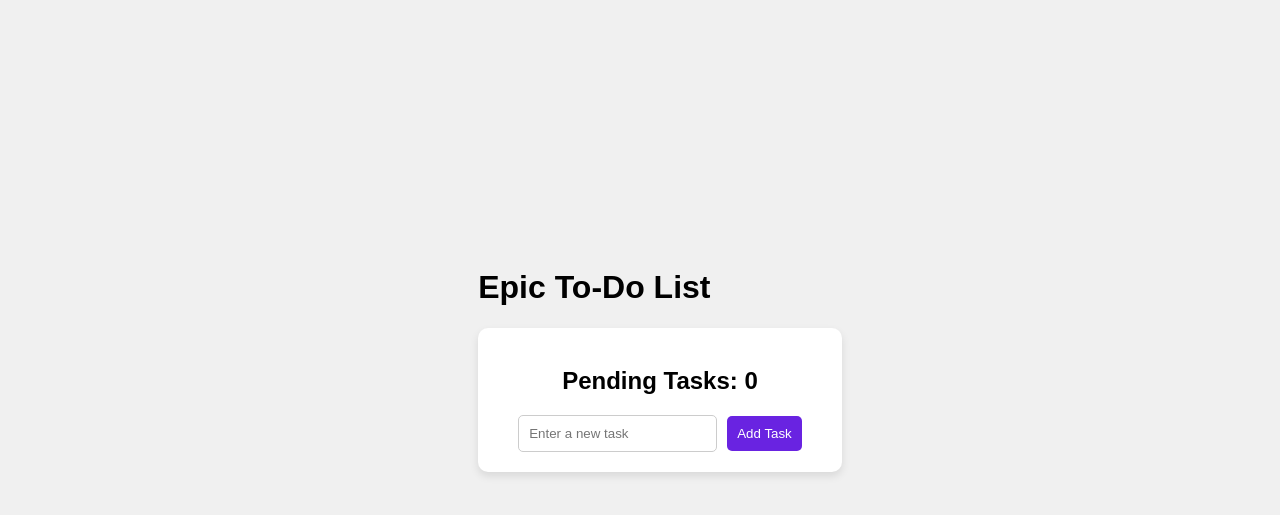
Repository: jgache/COMP-3170-0-Lab4
Page: /
The author's editor kept a copy of each file at every save. The page is drawn from the files as they stood at one save, then again after a run of saves.
The browser window is 1280 px wide. The pictures show the whole page.
The project was rebuilt for these pictures with package versions that can differ from the ones it lists, and the page was loaded fresh each time. Also part of the build but not shown: vite.config.js, src/components/Task.jsx.

Above is the page before, as saved 2024-10-22 15:46:06.

After the next 2 saves:
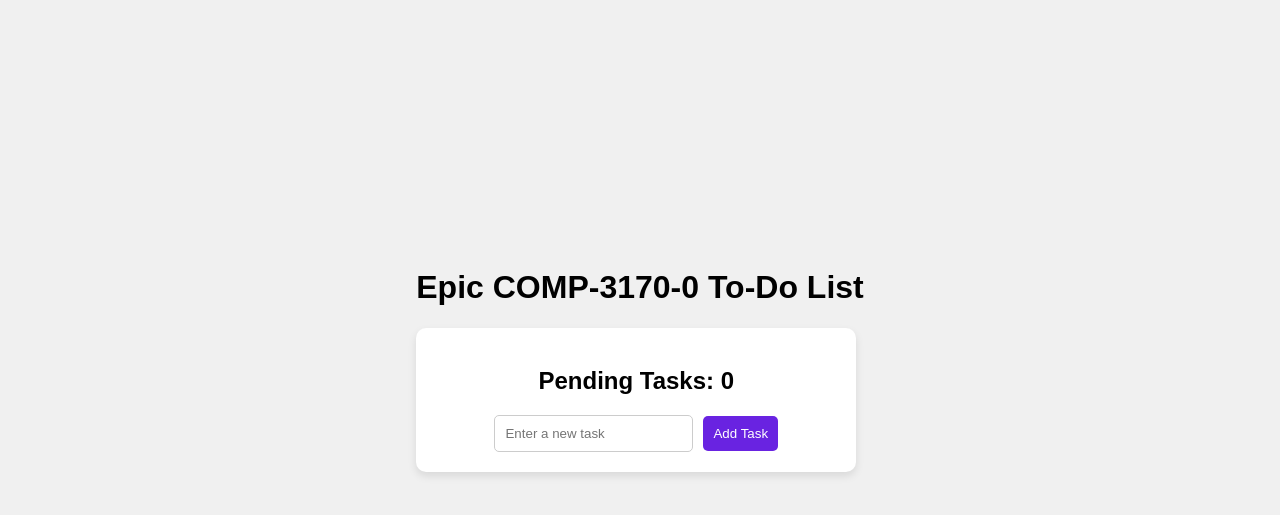
The 2 saves are shown as one change because they came seconds apart.
The last was saved 7 s later.
--- a/src/App.jsx
+++ b/src/App.jsx
@@ -28,7 +28,7 @@
     return (
 
         <>
-        <h1>Epic  To-Do List</h1>
+        <h1>Epic COMP-3170-0 To-Do List</h1>
         <div className="app-container">
             <h2>
                 {pendingTasks === 1

After the 2 saves that followed:
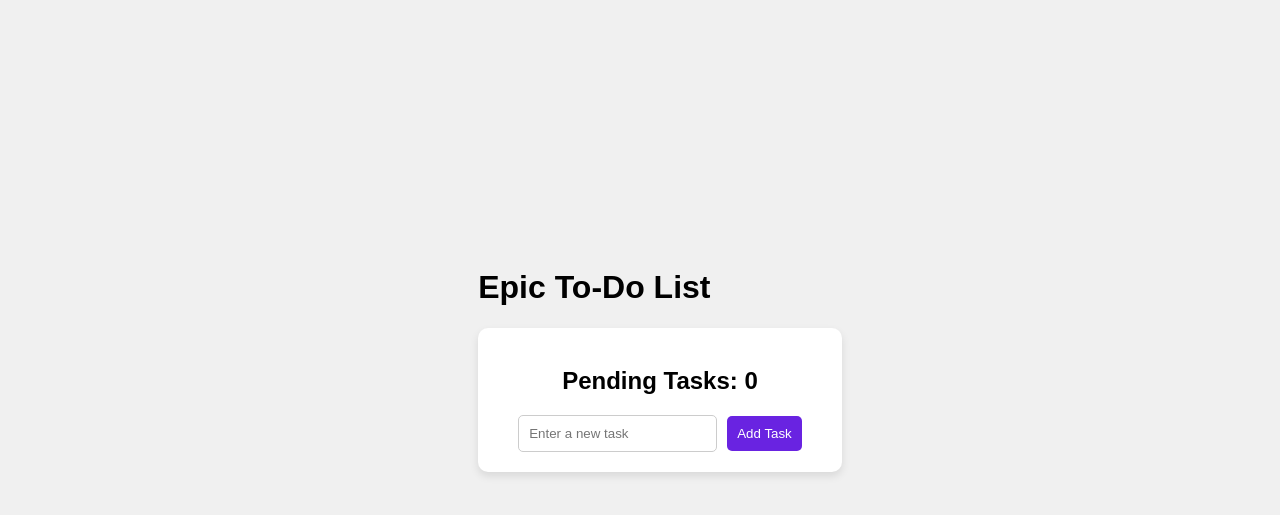
The 2 saves are shown as one change because they came seconds apart.
The last was saved 20 s later.
--- a/src/App.jsx
+++ b/src/App.jsx
@@ -28,7 +28,7 @@
     return (
 
         <>
-        <h1>Epic COMP-3170-0 To-Do List</h1>
+        <h1>Epic To-Do List</h1>
         <div className="app-container">
             <h2>
                 {pendingTasks === 1
